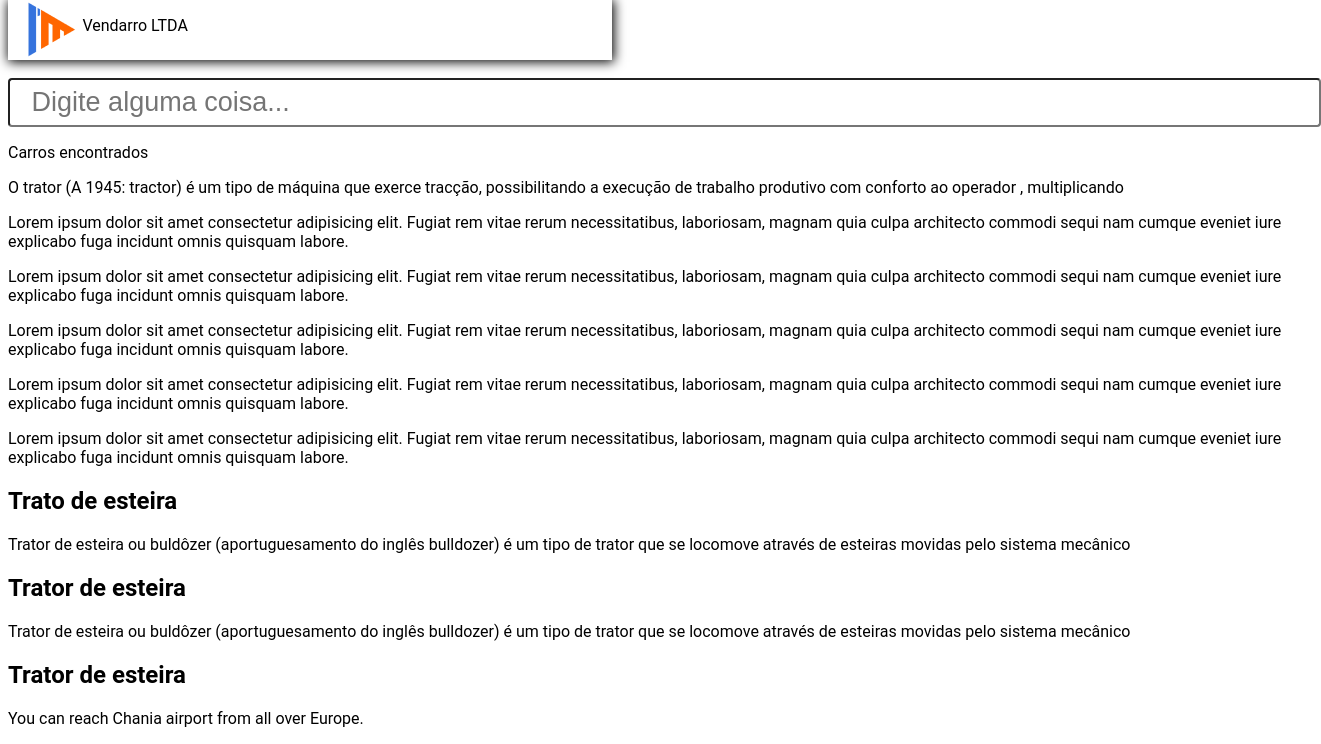
Repository: ecrseer/pesquisa-carros-html
Page: index.html
These files come from the project's save history. The page is drawn as it stood at one moment and after the next save; the edit follows.
The browser window is 1280 px wide. The page is 1321 px wide, so the pictures cover 1321 px, including what lies to the right of the window. The pictures show the whole page.

Above is the page before, as saved 2022-01-21 17:03:17.

### index.html
<!doctype html>

<html lang="pt-br">
  <html lang="pt-br">
    <head>
        <meta charset="UTF-8"/>
        <meta name="viewport" content="width=device-width,
        initial-scale=1.0"/>
        <meta http-equiv="X-UA-Compatible" content="ie=edge">
        <title>Vendarro LTDA</title>

  <link rel="stylesheet" href="index.css">

</head>

<body class="wid100">
    <nav class="header flex ">
      <img src="./imgs/logo.png" alt="">
      <p>Vendarro LTDA</p>

      </nav>
      <div class="">
        <div class="espaco"></div>
        <div class="row">
               <input type="text" class="wid100 borda-redonda"
               placeholder="Digite alguma coisa...">
        </div>


        <div class="row">
          <p>Carros encontrados</p>
          <p>O trator (A 1945: tractor) é um tipo de máquina que exerce tracção,
             possibilitando a execução de trabalho produtivo com conforto ao operador
             , multiplicando </p>
             <p>Lorem ipsum dolor sit amet consectetur adipisicing elit. Fugiat rem vitae rerum necessitatibus, laboriosam, magnam quia culpa architecto commodi sequi nam cumque eveniet iure explicabo fuga incidunt omnis quisquam labore.</p>
             <p>Lorem ipsum dolor sit amet consectetur adipisicing elit. Fugiat rem vitae rerum necessitatibus, laboriosam, magnam quia culpa architecto commodi sequi nam cumque eveniet iure explicabo fuga incidunt omnis quisquam labore.</p>
             <p>Lorem ipsum dolor sit amet consectetur adipisicing elit. Fugiat rem vitae rerum necessitatibus, laboriosam, magnam quia culpa architecto commodi sequi nam cumque eveniet iure explicabo fuga incidunt omnis quisquam labore.</p>
             <p>Lorem ipsum dolor sit amet consectetur adipisicing elit. Fugiat rem vitae rerum necessitatibus, laboriosam, magnam quia culpa architecto commodi sequi nam cumque eveniet iure explicabo fuga incidunt omnis quisquam labore.</p>
             <p>Lorem ipsum dolor sit amet consectetur adipisicing elit. Fugiat rem vitae rerum necessitatibus, laboriosam, magnam quia culpa architecto commodi sequi nam cumque eveniet iure explicabo fuga incidunt omnis quisquam labore.</p>
        </div>

        <div class="col-3 col-s-12">
          <div class="aside">
            <h2>Trato de esteira</h2>
            <p>Trator de esteira ou buldôzer (aportuguesamento do inglês bulldozer) é um tipo de trator que se locomove através de esteiras movidas pelo sistema mecânico</p>
            <h2>Trator de esteira</h2>
            <p>Trator de esteira ou buldôzer (aportuguesamento do inglês bulldozer) é um tipo de trator que se locomove através de esteiras movidas pelo sistema mecânico</p>
            <h2>Trator de esteira</h2>
            <p>You can reach Chania airport from all over Europe.</p>

          </div>
        </div>


      </div>

  <script src="scripts.js"></script>

</body>
</html>

### index.css
* {
    --topbar-altura:60px;
  }

  html {
    font-family: "Roboto","Lucida Sans", sans-serif;

  }
  .espaco{
    height: calc(var(--topbar-altura) + 10px);
  }
  .wid100{
    width: 100%;
  }
  .wid70{
    width: 70%;
  }
  .borda-redonda{
    border-radius: 4px;
  }
  input{
    padding: 1vh;
    padding-left: 3vh;
    font-size: 27px;
  }

  .header {
    background: white;
    position: fixed;
    top:0;

    max-height: var(--topbar-altura);
    box-shadow: 1px 1px 11px 1px;
    padding: 0 2vh;
    padding-right: 424px;
  }
  .flex{
    display: flex;
    justify-content: space-between;
  }

### scripts.js
function recurs(nmbr){

    if (nmbr==1)
    return 1;
    else
    arr.push(3*recurs(nmbr-1));
}

let
    isWhite = false,
    arr=[];
    let
    fixo=new Array(5);

    fixo[0]='E';
    fixo[4]='S';
    console.log(fixo);


function changeTheme(){
    isWhite ? document.querySelector("body").style.backgroundColor='#010101' :
    document.querySelector("body").style.backgroundColor='#fff';

    isWhite= !isWhite;

    function hapn(){
        console.log('data');
    }

    console.log(arr);
}

After the next save:
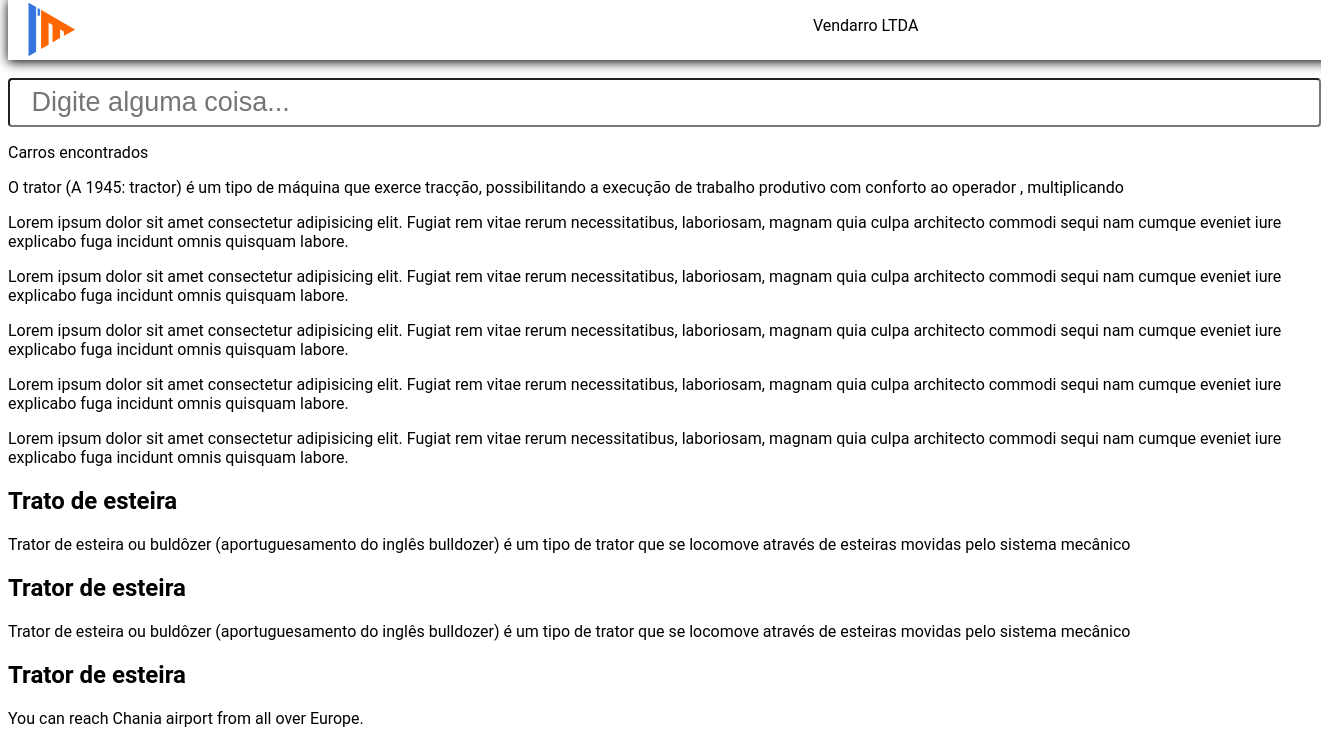
Saved 5 s later.
--- a/index.html
+++ b/index.html
@@ -14,7 +14,7 @@
 </head>
 
 <body class="wid100">
-    <nav class="header flex ">
+    <nav class="header flex wid70">
       <img src="./imgs/logo.png" alt="">
       <p>Vendarro LTDA</p>
 
